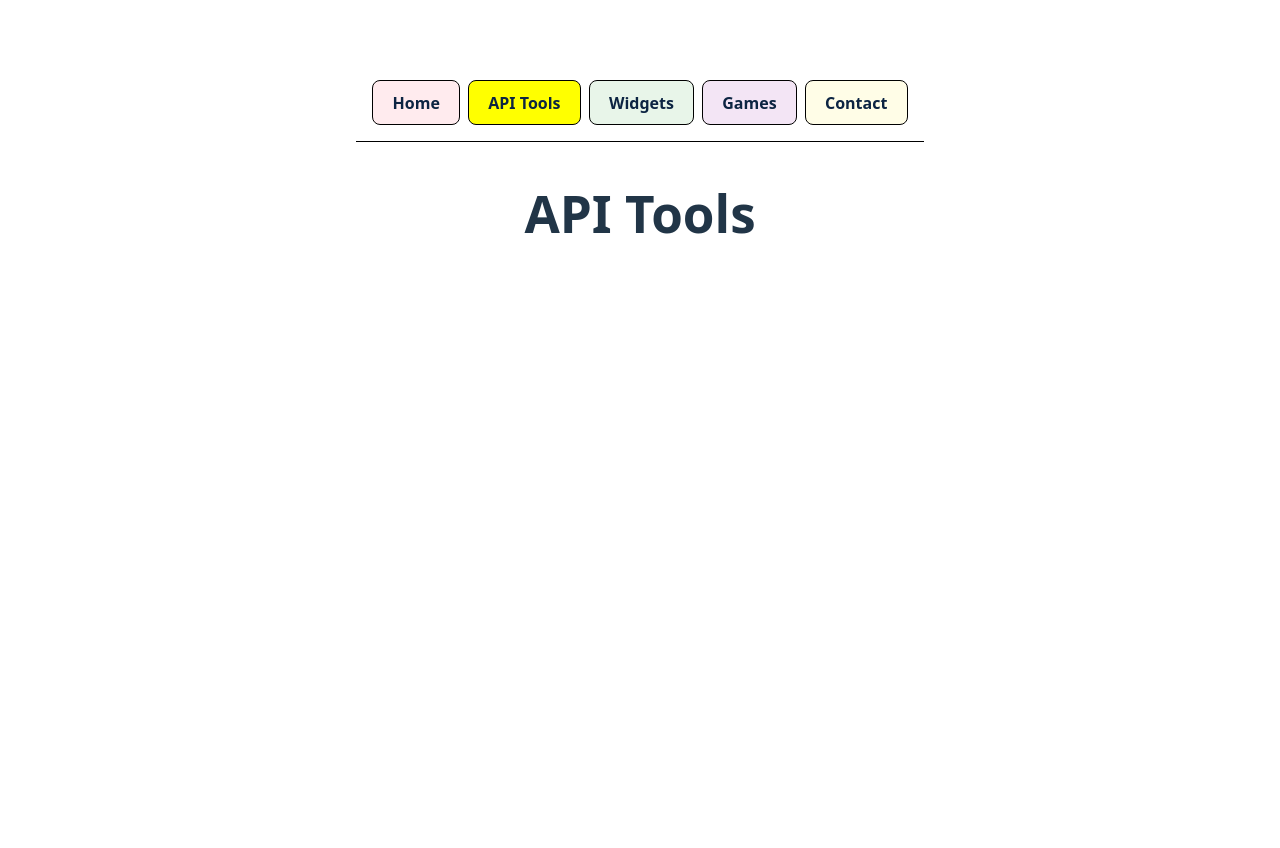
Repository: ourshadetree/TimPortfolio
Page: /api-tools
These files come from the project's save history. The page is drawn as it stood at one moment and after the next save; the edit follows.
The browser window is 1280 px wide. The pictures show the whole page.
The project was rebuilt for these pictures with package versions that can differ from the ones it lists, and the page was loaded fresh each time. Also part of the build but not shown: vite.config.js, src/views/HomeView.vue, src/views/Widgets.vue, src/views/Games.vue, src/views/Contact.vue.

Above is the page before, as saved 2025-05-07 11:12:13.

After the next save:
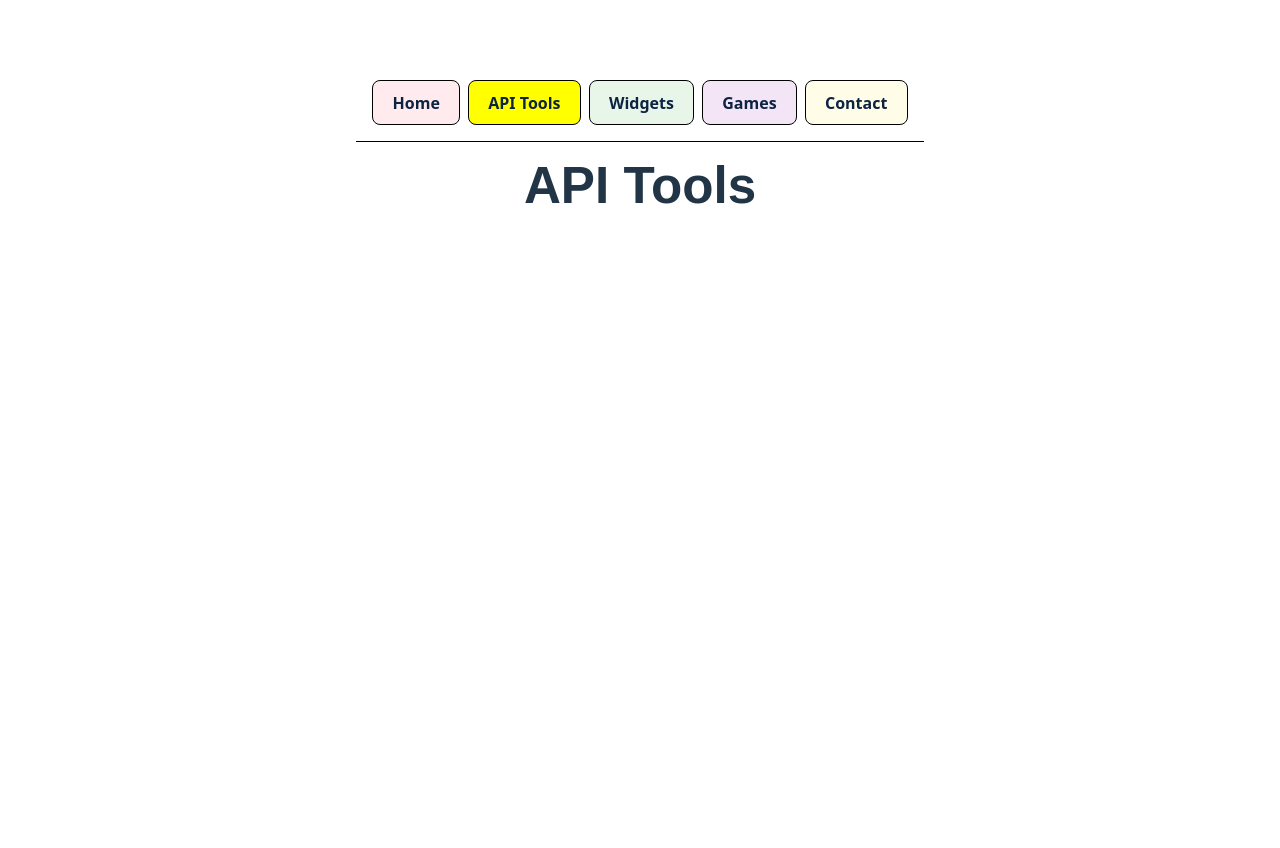
Saved 24 s later.
--- a/src/App.vue
+++ b/src/App.vue
@@ -25,6 +25,14 @@
 #app {
   background: white;
   min-height: 100vh;
+}
+
+h1 {
+  font-family: 'Sora', sans-serif;
+  font-size: 2.2rem;
+  font-weight: 900;
+  margin: 1rem 0;
+  /* etc… */
 }
 
 /* header/nav styling */
